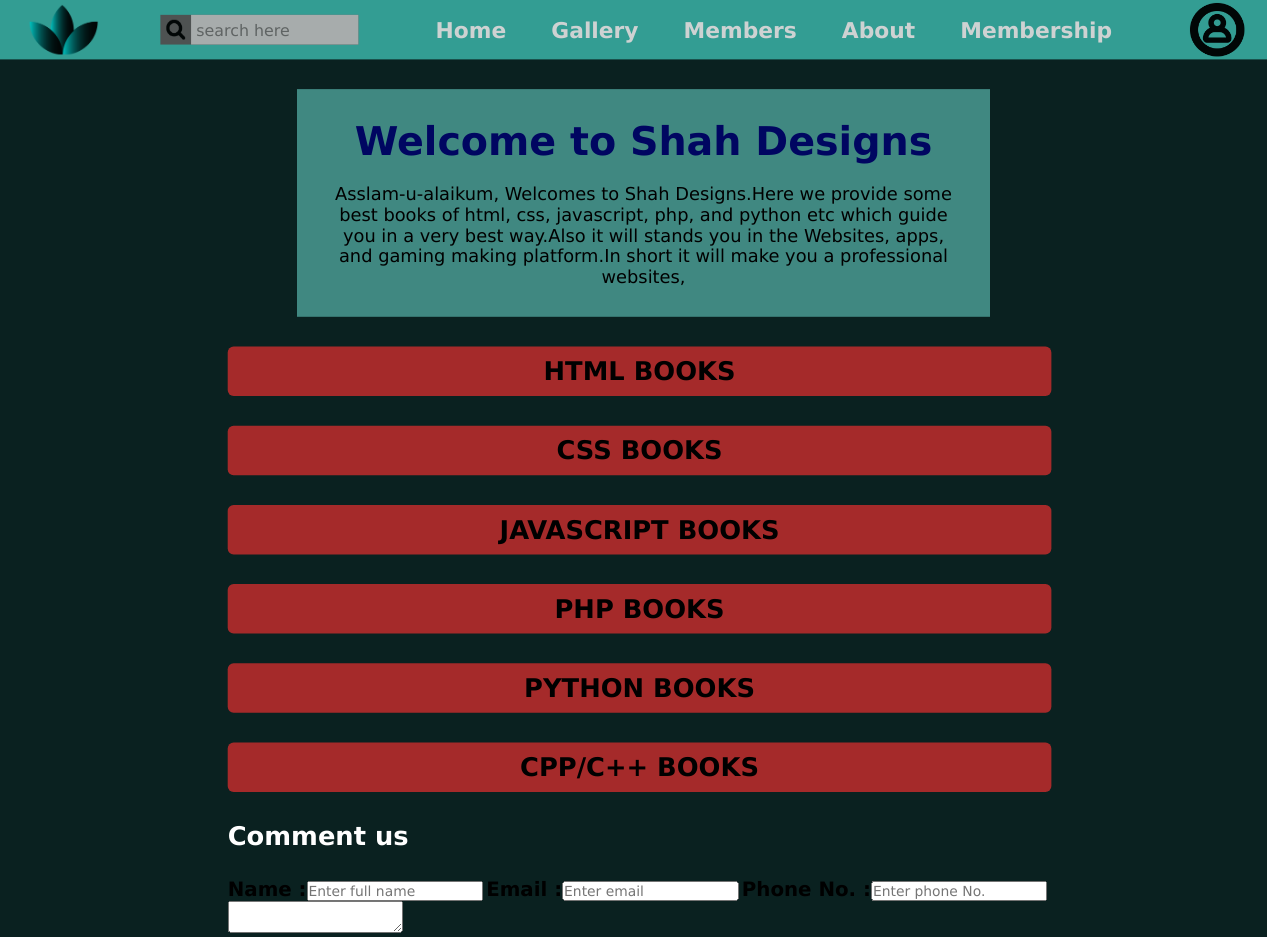
Repository: RawahaMR11/my_assignments
Page: rawaha computer/Shah Designs web/Shah home page.html
The author's editor kept a copy of each file at every save. The page is drawn from the files as they stood at one save, then again after the next save.
The browser window is 1280 px wide. The pictures show the whole page, at 99% of full size.

Above is the page before, as saved 2024-12-13 08:53:54.

### rawaha computer/Shah Designs web/Shah home page.html
<!DOCTYPE html>
<html lang="en">
<head>
      <meta charset="UTF-8">
      <meta name="viewport" content="width=device-width, initial-scale=1.0">
      <title>Shah Designs</title>
      <link rel="stylesheet" href="Shah home page.css">
</head>
<body>
<div class="my-display">
      <header>
            <div class="logo">
                  <img src="logo.png" alt="Shah Designs logo">
            </div><!--end logo-->
            <div class="search">
                  <img src="search.png" alt="Search-icon">
                  <input type="text" placeholder="search here">
            </div><!--end search-->
            <div class="home">
                  <a href="Shah home page.html">Home</a>
            </div><!--end home-->
            <div class="gallery">
                  <a href="#">Gallery</a>
            </div><!--end gallery-->
            <div class="members">
                  <a href="#">Members</a>
            </div><!--end members -->
            <div class="about">
                  <a href="#">About</a>
            </div><!--end about-->
            <div class="membership">
                  <a href="#">Membership</a>
            </div>
            <div class="login">
                  <img src="sign in.png" alt="Login">
            </div><!--end login-->
      </header>


      <div class="wrapper">
            <div id="welcome">
                  <h1>Welcome to Shah Designs</h1><br>
                  <p>Asslam-u-alaikum, Welcomes to Shah Designs.Here we provide some best books of html, css, javascript, php, and python etc which guide you in a very best way.Also it will stands you in the Websites, apps, and gaming making platform.In short it will make you a professional websites, </p>
            </div><!--end welcome-->
      </div><!--end wrapper-->


      <div class="html-books">
            <p>HTML BOOKS</p>
      </div>
      <div class="css-books">
            <p>CSS BOOKS</p>
      </div>
      <div class="javascript-books">
            <p>JAVASCRIPT BOOKS</p>
      </div>
      <div class="php-books">
            <p>PHP BOOKS</p>
      </div>
      <div class="python-books">
            <p>PYTHON BOOKS</p>
      </div>
      <div class="Cpp-books">
            <p>CPP/C++ BOOKS</p>
      </div>



      <div class="datail">

      </div>



      <div class="comment">
            <h2>Comment us</h2>
            <label for="name">Name :</label><input type="text" placeholder="Enter full name">
            <label for="name">Email :</label><input type="email" placeholder="Enter email">
            <label for="name">Phone No. :</label><input type="text" placeholder="Enter phone No.">
            <textarea name="comment" id="comment"></textarea>
      </div>
</div>
</body>
</html>

### rawaha computer/Shah Designs web/Shah home page.css
* {
      margin: 0;
      padding: 0;
}
body {
      display: block;
      font-size: 14px;
      background-color: rgb(10, 33, 32);
}
.my-display {
      width: 80%;
      margin: 0 auto;
      height: 100%;
      width: 100%;
}
/* css for opening my page on tablets (screens with width <=768px) */
@media screen and (max-width: 768px) {
      body {
            font-size: 16px;
      }
      .my-display {
            width: 100%;
      }
}
/* css for opening my page on laptops,pcs etc (screens with width <=1080px) */
@media screen and (max-width: 1080px) {
      body {
            font-size: 14px;
      }
      .my-display {
            width: 100%;
      }
}
/* css for opening my page on phones (screens with width <=480px) */
@media screen and (max-width: 480px) {
      body {
            font-size: 10px;
      }
      .my-display {
            width: 100%;
      }
}
header {
      width: 100%;
      height: 60px;
      display: flex;
      align-items: center;
      background-color: rgb(62, 188, 176);
      opacity: 80%;
      gap: 31.5px;
}
.logo {
      height: 83%;
      width: 70px;
      margin: 0 30px 0;
}
.logo img {
      height: 100%;
      width: 100%;
}
.search {
      width: 200px;
      height: 30px;
      background-color: rgb(95, 95, 95);
      display: flex;
      align-items: center;
      justify-content: space-evenly;
}
.search img {
      width: 10%;
      height: 65%;
      padding: 6px;
}
.search input {
      width: 90%;
      padding: 5.34px;
      border: none;
      outline: none;
      background-color: rgb(207, 207, 207);
      font-family: Verdana, Geneva, Tahoma, sans-serif;
      font-size: 16px;
}
.home {
      font-family: Verdana, Geneva, Tahoma, sans-serif;
      font-size: 22px;
      margin-left: 40px;
      padding: 7px;
}
.home:hover {
      background-color: rgb(161, 161, 161);
}
.home a {
      text-decoration: none;
      font-weight: 700;
      color: white;
}
.gallery {
      font-family: Verdana, Geneva, Tahoma, sans-serif;
      font-size: 22px;
      padding: 7px;
}
.gallery:hover {
      background-color: rgb(161, 161, 161);
}
.gallery a {
      text-decoration: none;
      font-weight: 700;
      color: white;
}
.members {
      font-family: Verdana, Geneva, Tahoma, sans-serif;
      font-size: 22px;
      padding: 7px;
}
.members:hover {
      background-color: rgb(161, 161, 161);
}
.members a {
      text-decoration: none;
      font-weight: 700;
      color: white;
}
.about {
      font-family: Verdana, Geneva, Tahoma, sans-serif;
      font-size: 22px;
      padding: 7px;
}
.about:hover {
      background-color: rgb(161, 161, 161);
}
.about a {
      text-decoration: none;
      font-weight: 700;
      color: white;
}
.membership {
      font-family: Verdana, Geneva, Tahoma, sans-serif;
      font-size: 22px;
      padding: 7px;
}
.membership:hover {
      background-color: rgb(161, 161, 161);
}
.membership a {
      text-decoration: none;
      font-weight: 700;
      color: white;
}
.login {
      height: 90%;
      width: 55px;
      float: right;
      margin-left: 40px;
}
.login img {
      height: 100%;
      width: 100%;
      cursor: pointer;
}
.wrapper {
      width: 50%;
      height: auto;
      display: flex;
      align-items: center;
      justify-content: center;
      margin-top: 30px;
      background-color: rgb(64, 136, 129);
      padding: 30px;
      margin-left: 300px;
}
#welcome {
      width: 100%;
      font-family: Verdana, Geneva, Tahoma, sans-serif;
      font-size: 16px;
}
#welcome h1 {
      text-align: center;
      color: rgb(0, 6, 97);
      font-size: 40px;
}
#welcome p {
      text-align: center;
      font-size: 18px;
      font-family: Verdana, Geneva, Tahoma, sans-serif;
}
.html-books {
      height: 50px;
      width: 65%;
      background-color: brown;
      margin: 30px 230px 0;
      border-radius: 6px;
      display: flex;
      align-items: center;
      justify-content: center;
      cursor: pointer;
}
.html-books p {
      font-family: Verdana, Geneva, Tahoma, sans-serif;
      font-size: 26px;
      font-weight: 700;
}
.css-books {
      height: 50px;
      width: 65%;
      background-color: brown;
      margin: 30px 230px 0;
      border-radius: 6px;
      display: flex;
      align-items: center;
      justify-content: center;
      cursor: pointer;
}
.css-books p {
      font-family: Verdana, Geneva, Tahoma, sans-serif;
      font-size: 26px;
      font-weight: 700;
}
.javascript-books {
      height: 50px;
      width: 65%;
      background-color: brown;
      margin: 30px 230px 0;
      border-radius: 6px;
      display: flex;
      align-items: center;
      justify-content: center;
      cursor: pointer;
}
.javascript-books p {
      font-family: Verdana, Geneva, Tahoma, sans-serif;
      font-size: 26px;
      font-weight: 700;
}
.php-books {
      height: 50px;
      width: 65%;
      background-color: brown;
      margin: 30px 230px 0;
      border-radius: 6px;
      display: flex;
      align-items: center;
      justify-content: center;
      cursor: pointer;
}
.php-books p {
      font-family: Verdana, Geneva, Tahoma, sans-serif;
      font-size: 26px;
      font-weight: 700;
}
.python-books {
      height: 50px;
      width: 65%;
      background-color: brown;
      margin: 30px 230px 0;
      border-radius: 6px;
      display: flex;
      align-items: center;
      justify-content: center;
      cursor: pointer;
}
.python-books p {
      font-family: Verdana, Geneva, Tahoma, sans-serif;
      font-size: 26px;
      font-weight: 700;
}
.Cpp-books {
      height: 50px;
      width: 65%;
      background-color: brown;
      margin: 30px 230px 0;
      border-radius: 6px;
      display: flex;
      align-items: center;
      justify-content: center;
      cursor: pointer;
}
.Cpp-books p {
      font-family: Verdana, Geneva, Tahoma, sans-serif;
      font-size: 26px;
      font-weight: 700;
}
.comment {
      width: 65%;
      margin: 30px 230px 0;
      gap: 20px;
}
.comment h2 {
      font-family: Verdana, Geneva, Tahoma, sans-serif;
      font-size: 26px;
      font-weight: 700;
      color: white;
}
.comment label {
      margin-top: 30px;
      font-family: Verdana, Geneva, Tahoma, sans-serif;
      font-size: 20px;
      font-weight: 700;
}
.comment input {
      margin-top: 30px;
      font-family: Verdana, Geneva, Tahoma, sans-serif;
      font-size: 14px;

}

After the next save:
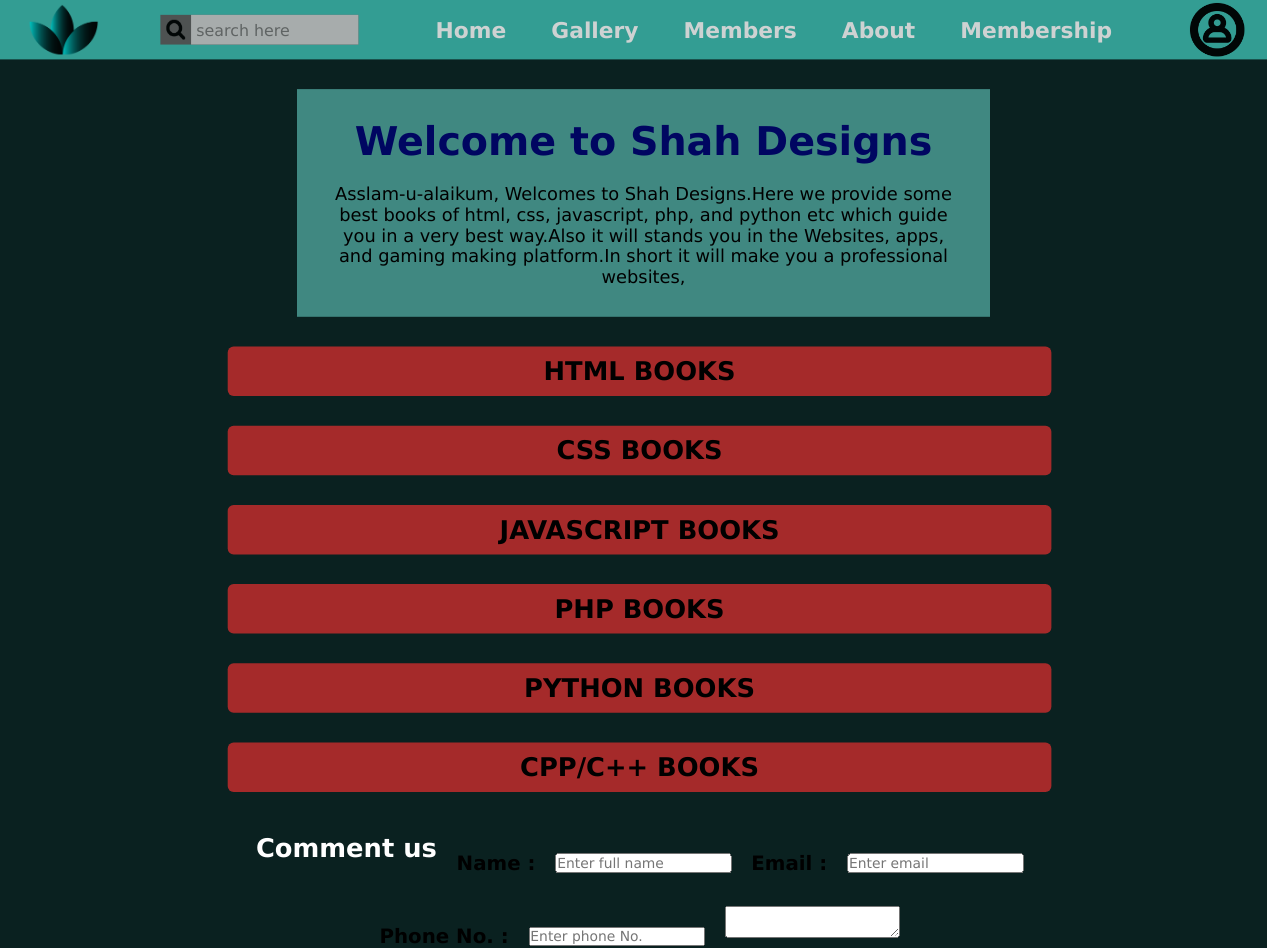
Saved 38 s later.
--- a/rawaha computer/Shah Designs web/Shah home page.css
+++ b/rawaha computer/Shah Designs web/Shah home page.css
@@ -282,6 +282,10 @@
 .comment {
       width: 65%;
       margin: 30px 230px 0;
+      display: flex;
+      flex-wrap: wrap;
+      align-items: center;
+      justify-content: center;
       gap: 20px;
 }
 .comment h2 {

After the save that followed:
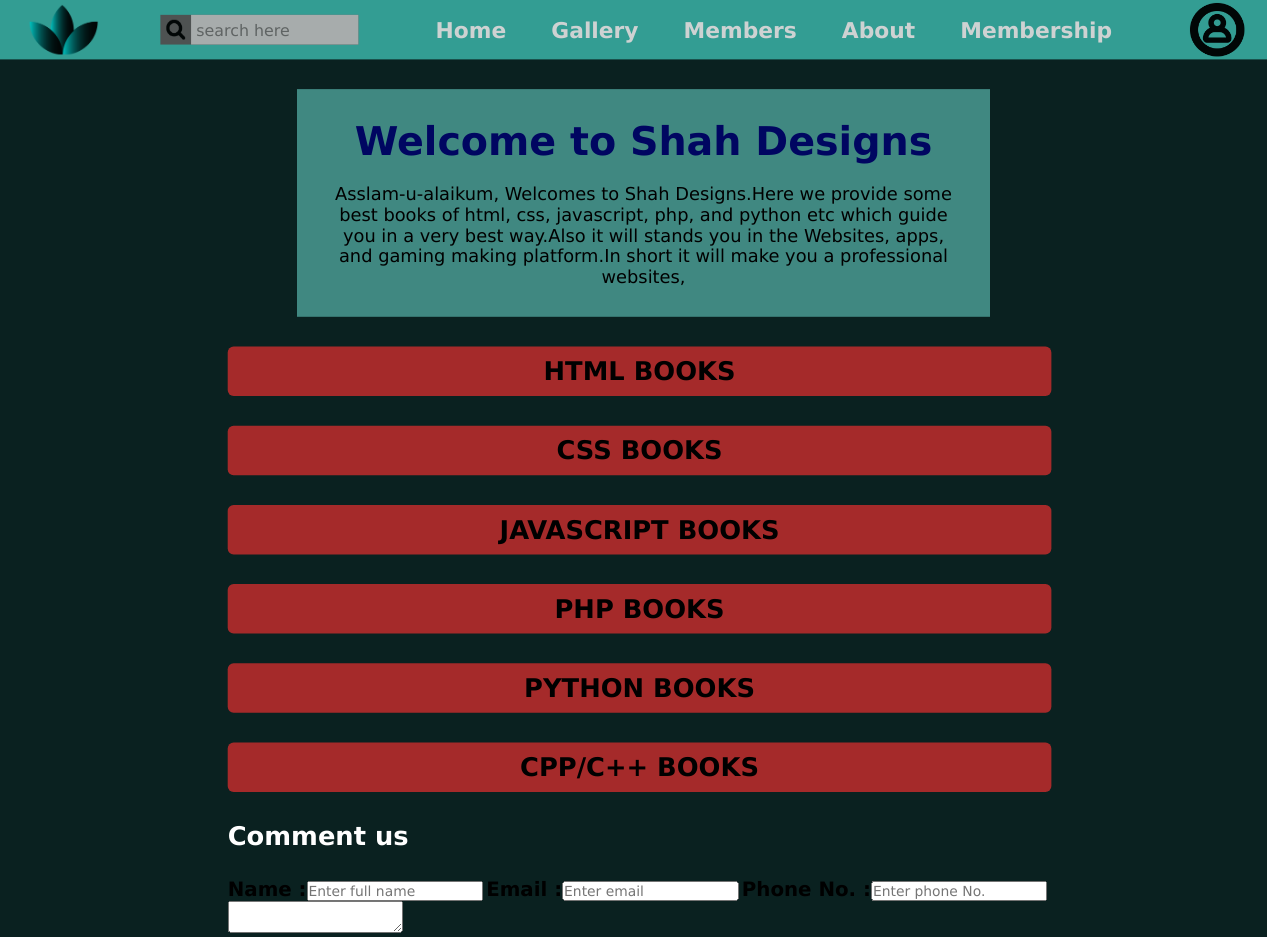
Saved 34 s later.
--- a/rawaha computer/Shah Designs web/Shah home page.css
+++ b/rawaha computer/Shah Designs web/Shah home page.css
@@ -282,10 +282,6 @@
 .comment {
       width: 65%;
       margin: 30px 230px 0;
-      display: flex;
-      flex-wrap: wrap;
-      align-items: center;
-      justify-content: center;
       gap: 20px;
 }
 .comment h2 {
